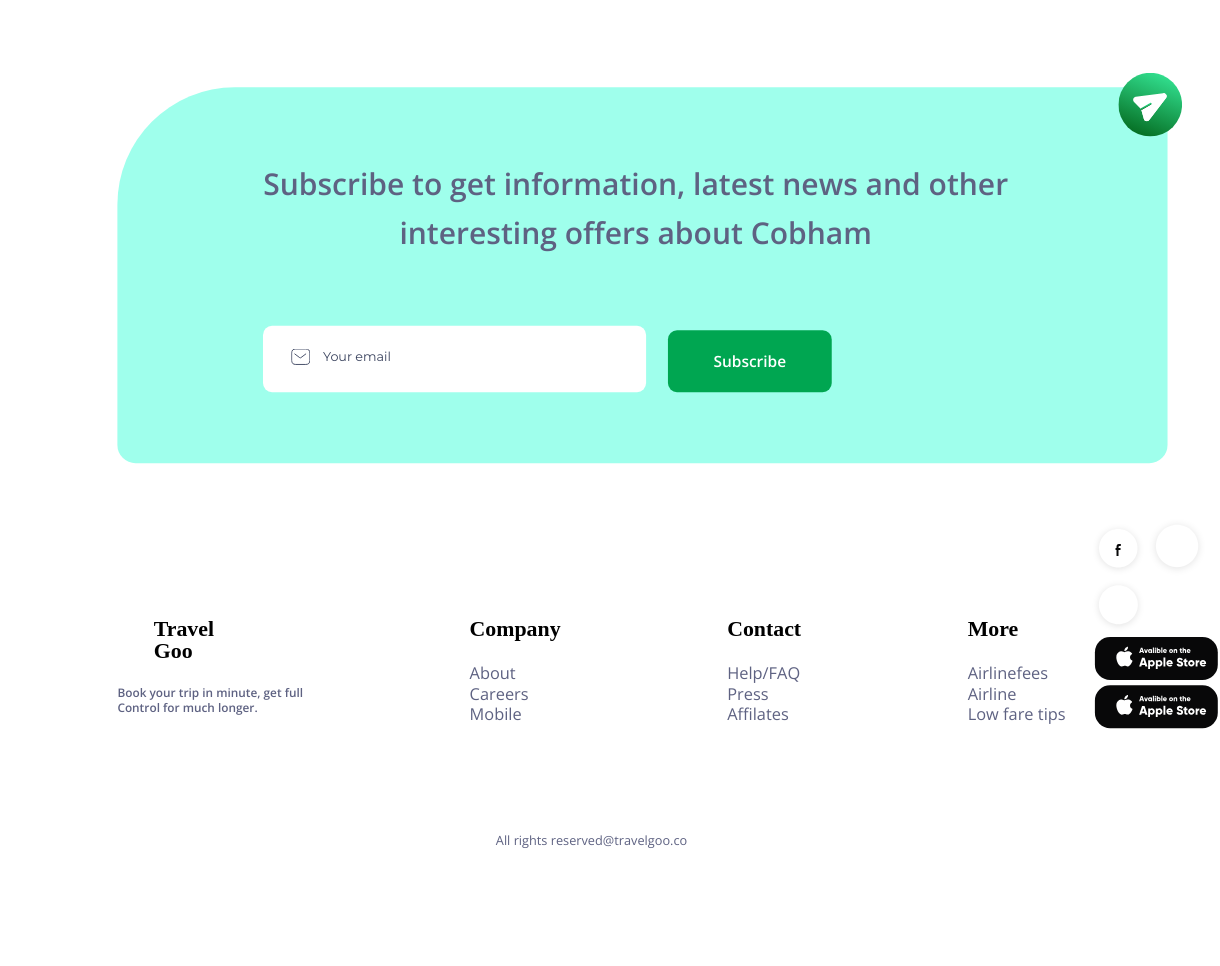
Repository: HeybetzadeQedim/task-5
Page: index.html
An editor plug-in stored every save of this project. The page is shown before and after a run of saves, followed by the edit.
The browser window is 1280 px wide. The page is 1341 px wide, so the pictures cover 1341 px, including what lies to the right of the window. The pictures show the whole page, at 91% of full size.
Some web fonts or font styles are not loaded; a fallback is used.

Above is the page before, as saved 2023-10-16 16:04:15.

### index.html
<!DOCTYPE html>
<html lang="en">
  <head>
    <meta charset="UTF-8" />
    <meta name="viewport" content="width=device-width, initial-scale=1.0" />
    <title>Document</title>
    <link rel="stylesheet" href="./index.css" />
  </head>
  <body>
    <div class="container">
      <div class="relative-container">
        <div class="box-container">
          <h1>
            Subscribe to get information, latest news and other interesting
            offers about Cobham
          </h1>

          <div class="flex-container">
            <div class="flex-container-2">
              <img src="images/Group 46.svg" />
              <p>Your email</p>
            </div>
            <div class="button-container">
              <p>Subscribe</p>
            </div>
          </div>
        </div>
        <div class="image-container">
          <img src="images/Group 77 (1).svg" />
        </div>
      </div>

      <div class="main-container">
        <div class="main-box">
          <div class="position-container">
            <h2>
              Travel<br />
              Goo
            </h2>
            <p>
              Book your trip in minute, get full<br />
              Control for much longer.
            </p>
          </div>


            <ul>
                <h2>Company</h2>
              <li>About</li>
              <li>Careers</li>
              <li>Mobile</li>
            </ul>

            <ul>
                <h2>Contact</h2>
              <li>Help/FAQ</li>
              <li>Press</li>
              <li>Affilates</li>
            </ul>
            <ul>
                <h2>More</h2>
              <li>Airlinefees</li>
              <li>Airline</li>
              <li>Low fare tips</li>

          <div class="last-container">

            <img src="images/Social.svg" />
            <img src="images/Background (1).svg" />
            <img src="images/Background (1).svg" />

            <img src="images/Play Store.svg" />
            <img src="images/Play Store.svg" />
          </div>
        </div>
        <div class="footer-box">
          <p>All rights reserved@travelgoo.co</p>
        </div>
      </div>
    </div>
  </body>
</html>

### index.css
@import url("https://fonts.googleapis.com/css2?family=Laila:wght@700&family=Montserrat&family=Open+Sans:wght@400;600;700&display=swap");
* {
  padding: 0;
  margin: 0;
  box-sizing: border-box;
}
.container {
  padding: 96px 109px 64px 129px;
}
.box-container {
  padding: 79px 175px 78px 160px;
  border-radius: 0px 24px 0px 50px;
  display: inline-block;
  background: #9fffec;
  border-radius: 129px 20px 20px 20px;
}
.box-container h1 {
  width: 819px;
  color: var(--TEXT-CLR, #5e6282);
  text-align: center;
  font-family: Open Sans;
  font-size: 33px;
  font-style: normal;
  font-weight: 600;
  line-height: 54px; /* 163.636% */
}
.box-container img:first-child {
  width: 70px;
  height: 70px;
}
.image-container {
  position: absolute;
  top: -16px;
  right: 0;
}
.relative-container {
  width: 1170px;
  position: relative;
  margin-bottom: 170px;
}
.flex-container {
  display: flex;
}
.flex-container-2 {
  margin-top: 75px;
  padding: 25px 0 25px 31px;
  width: 421px;
  display: flex;
  border-radius: 10px;
  background: var(--white, #fff);
}
.flex-container-2 img:first-child {
  width: 21px;
  height: 18px;
}
.flex-container-2 p {
  margin-left: 14px;
  color: var(--TEXT-COLOR, #39425d);
  font-family: Montserrat;
  font-size: 14px;
  font-style: normal;
  font-weight: 400;
  line-height: normal;
}
.button-container p {
  margin-top: 80px;
  margin-left: 24px;
  padding: 22px 50px 23px 50px;
  border-radius: 10px;
  background-color: #00a651;
  display: inline-block;
  color: var(--white, #fff);
  text-align: center;
  font-family: Open Sans;
  font-size: 17px;
  font-style: normal;
  font-weight: 600;
  line-height: normal;
}
.main-container .main-box{
  display: flex;
  justify-content: space-between;
}
.position-container {
  /* position: absolute; */
}
.main-container h2 {
  margin-bottom: 25px;
  /* margin-left: 40px; */
  color: #000;
  font-family: Laila;
  font-size: 24px;
  font-style: normal;
  font-weight: 700;
  line-height: 102.5%;
}
.position-container h2{
  margin-left: 40px;
}
.main-container p {
  color: var(--TEXT-CLR, #5e6282);
  font-family: Open Sans;
  font-size: 13px;
  font-style: normal;
  font-weight: 600;
  line-height: 124.5%;
}

.li-container li {
  list-style-type: none;
  color: var(--black, #080809);
  font-family: Open Sans;
  font-size: 21px;
  font-style: normal;
  font-weight: 700;
  line-height: 124.5%;
}

.li-container-2 {
  margin-top: 45px;
  /* margin-left: 400px; */
}

.li-container-2 li {
  list-style-type: none;
  color: var(--TEXT-CLR, #5e6282);
  font-family: Open Sans;
  font-size: 18px;
  font-style: normal;
  font-weight: 400;
  line-height: 124.5%;
}
.li-container-2 li:first-child {
  margin-right: 50px;
}
.li-container-2 li:nth-child(2) {
  margin-left: 102px;
  margin-right: 102px;
}
.li-container-3 {
  margin-top: 18px;
  /* margin-left: 400px; */
}
.li-container-3 ul {
  /* display: flex; */
}
 ul li  {
  list-style-type: none;
  color: var(--TEXT-CLR, #5e6282);
  font-family: Open Sans;
  font-size: 18px;
  font-style: normal;
  font-weight: 400;
  line-height: 124.5%;
}

.li-container-4 li {
  list-style-type: none;
  color: var(--TEXT-CLR, #5e6282);
  font-family: Open Sans;
  font-size: 18px;
  font-style: normal;
  font-weight: 400;
  line-height: 124.5%;
}

.last-container {
  position: absolute;
  top: 570px;
  left: 1200px;
}
.last-container p {
  /* margin-right: 160px; */
  margin-bottom: 22px;
  margin-top: 37px;
  color: var(--TEXT-CLR, #5e6282);
  font-family: Open Sans;
  font-size: 20px;
  font-style: normal;
  font-weight: 400;
  line-height: 124.5%;
  letter-spacing: 0.1px;
}
.last-container img:first-child {
  width: 58px;
  height: 58px;
}
.last-container img:nth-child(2) {
  width: 63px;
  height: 63px;
}
.last-container img:nth-child(3) {
  /* margin-right: 150px; */
  width: 58px;
  height: 58px;
}
.last-container img:nth-child(4) {
  width: 141px;
  height: 49px;
}
.last-container img:last-child {
  /* margin-right: 40px; */
  width: 141px;
  height: 49px;
}
.footer-container p {
  color: var(--3rd, #e5e5e5);
  font-family: Roboto;
  font-size: 22px;
  font-style: normal;
  font-weight: 400;
  line-height: normal;
}
.footer-box p {
  margin-top: 120px;
  margin-bottom: 64px;
  text-align: center;
  color: var(--TEXT-CLR, #5e6282);
  font-family: Open Sans;
  font-size: 14px;
  font-style: normal;
  font-weight: 400;
  line-height: 124.5%;
}
.flex-box {
  display: flex;
}
.flex-box-2 {
  margin-right: 22px;
  margin-left: 22px;
}
.flex-box-3 {
  margin-right: 22px;
}
.flex-box-4 {
  margin-left: 22px;
  margin-right: 22px;
}
.flex-box-5 {
  margin-right: 22px;
}

After the next 4 saves:
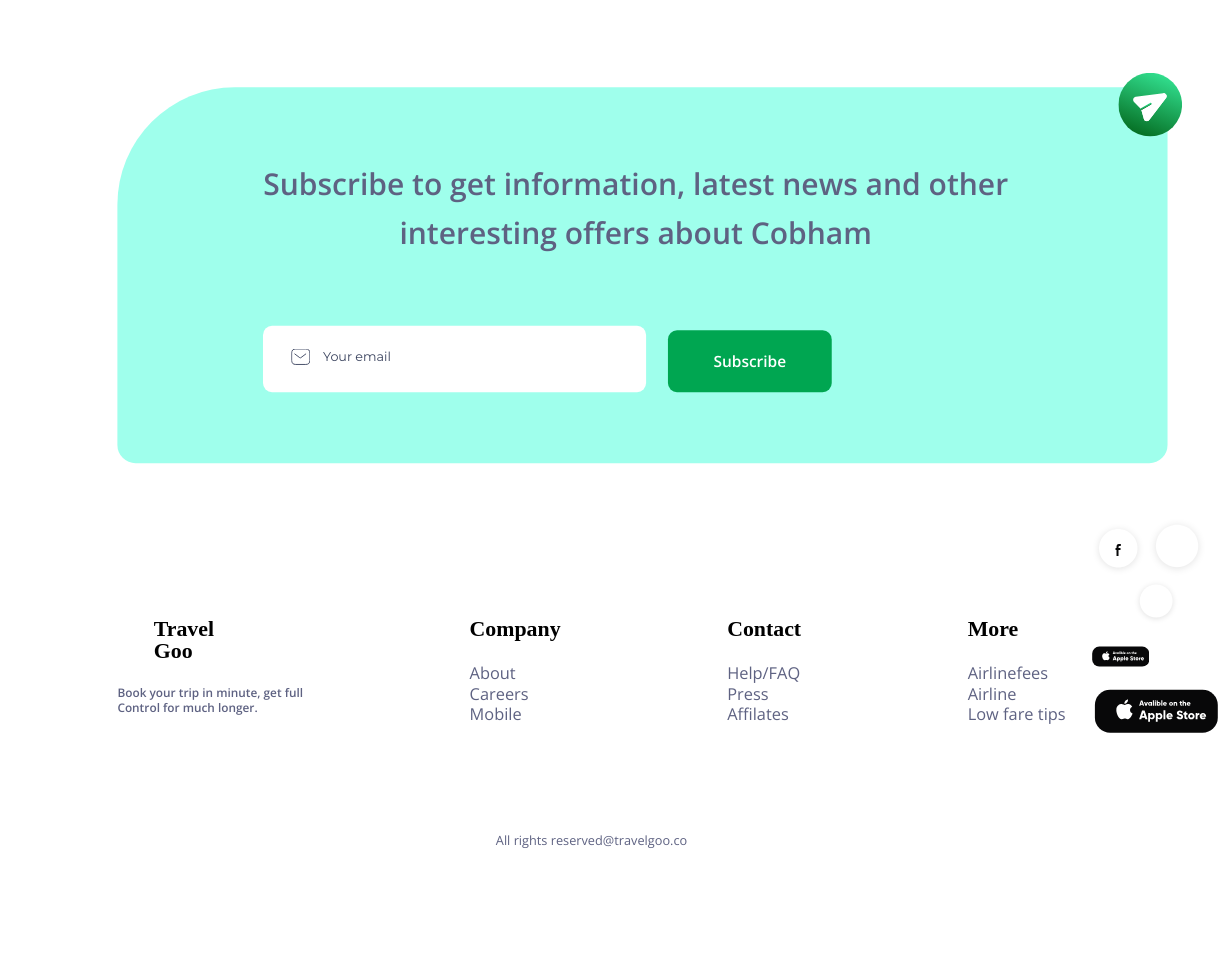
The 4 saves are shown as one change because they came seconds apart.
The last was saved 41 s later.
--- a/index.html
+++ b/index.html
@@ -64,10 +64,11 @@
               <li>Low fare tips</li>
 
           <div class="last-container">
-
-            <img src="images/Social.svg" />
-            <img src="images/Background (1).svg" />
-            <img src="images/Background (1).svg" />
+            <div class="circle-box">
+                <img src="images/Social.svg" />
+                <img src="images/Background (1).svg" />
+                <img src="images/Background (1).svg" />
+            </div>
 
             <img src="images/Play Store.svg" />
             <img src="images/Play Store.svg" />
